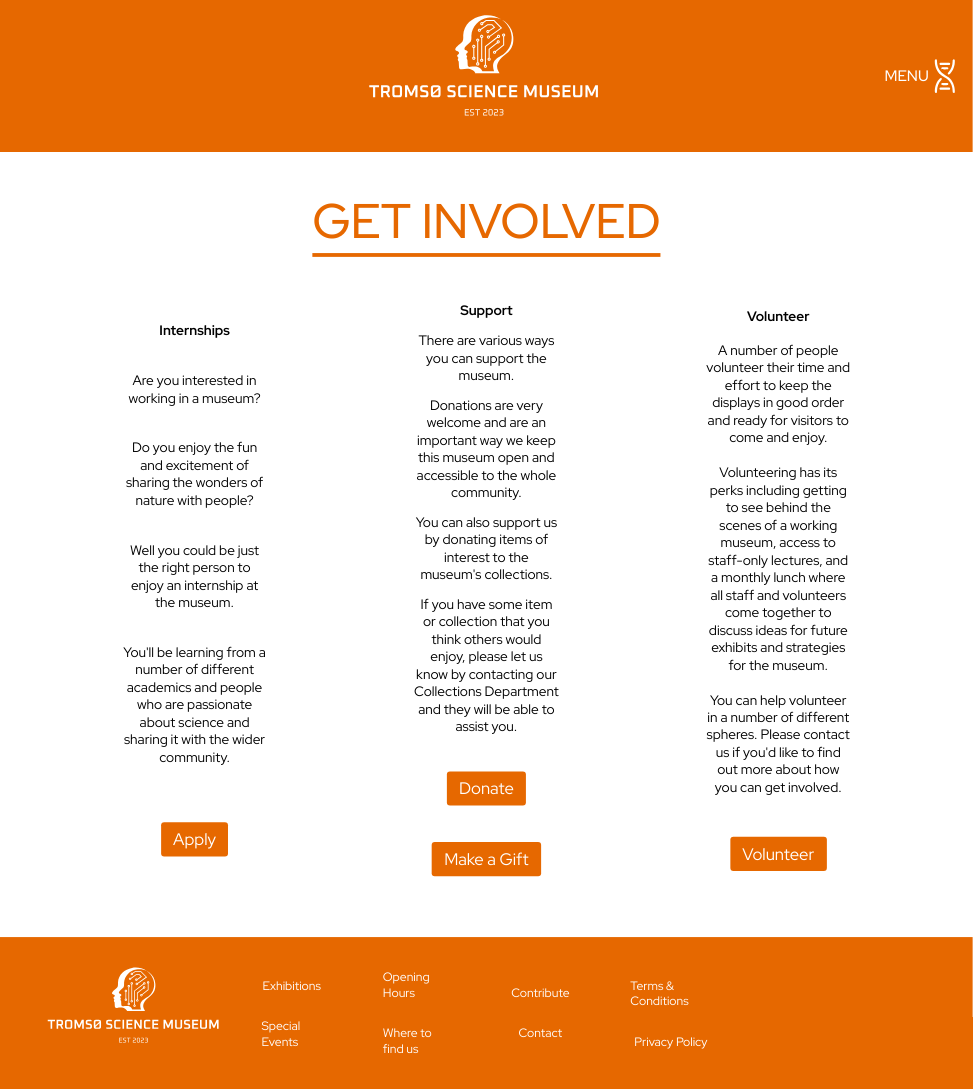
Repository: benjaminskarding/Semester-Project
Page: contribute.html
The author's editor kept a copy of each file at every save. The page is drawn from the files as they stood at one save, then again after the next save.
The browser window is 1280 px wide. The pictures show the whole page, at 76% of full size.

Above is the page before, as saved 2023-12-19 12:17:01.

### contribute.html
<!DOCTYPE html>
<html lang="en">
<head>
    <meta charset="UTF-8">
    <meta name="viewport" content="width=device-width, initial-scale=1.0">
    <meta name="description" content="Contribute to our community or projects. Find out how to submit content, donate, or participate in our collaborative efforts. Your support is valued and makes a difference.">
    <link rel="stylesheet" href="src/css/contribute.css">
    <link rel="icon" type="image/png" sizes="32x32" href="assets/images/favicon/favicon-32x32.png">
    <link rel="icon" type="image/png" sizes="16x16" href="assets/images/favicon/favicon-16x16.png">
    <link rel="preconnect" href="https://fonts.googleapis.com">
    <link rel="preconnect" href="https://fonts.gstatic.com" crossorigin>
    <link href="https://fonts.googleapis.com/css2?family=Red+Hat+Display:wght@300;400;500;600;700;800&display=swap" rel="stylesheet">
    <title>Contact Us</title>
</head>
<body>
  <div class="page-container">
    <header class="header-collection">
        <div class="header-wrapper">
            <nav class="header-main-nav">
                <div class="header-nav-left-placeholder"></div>
                <div class="header-nav-center-logo">
                    <a href="index.html" aria-label="Go to homepage">
                        <img class="logo" src="assets/images/logo/whitelogo.svg" alt="company logo">
                    </a>
                </div>
                <div class="header-nav-right">
                    <label for="menuToggle" class="menu-button" aria-label="Open Menu"> <!--toggles overlay-->
                        <span class="white">MENU</span>
                        <img src="assets/images/icons/helix.svg" class="menuIcon" alt="navigation menu icon">
                    </label>
                </div>
            </nav>
        </div>
        <!--Overlay-->
        <input type="checkbox" id="menuToggle" class="menu-toggle-checkbox" style="display: none;">
        <div class="hamburger-overlay-2" id="menuOverlay" aria-label="Menu overlay">
            <div class="overlay-header">
                <h3 class="medium underline cU-white">Menu</h3>
                <label for="menuToggle" class="overlay-close-btn" aria-label="Close menu">&times;</label>
            </div>
            <div class="overlayOptionsContainer">
                <a href="index.html">
                <h6 class="menu-item">Home</h6>
                </a>
                <a href="exhibitions.html">
                <h6 class="menu-item">Exhibitions</h6>
                </a>
                <a href="exhibitions.html#specEvents">
                <h6 class="menu-item">Special Events</h6>
                </a>
                <a href="contribute.html">
                <h6 class="menu-item">Contribute to the Museum</h6>
                </a>
                <a href="contact.html">
                <h6 class="menu-item">Contact</h6>
                </a>
                <a href="terms_conditions.html">
                <h6 class="menu-item">Terms & Conditions</h6>
                </a>
                <a href="privacy_policy.html">
                <h6 class="menu-item">Privacy Policy</h6>
                </a>
            </div>
            <div class="overlayLogoContainer">
                <img src="assets/images/logo/whitelogo.svg" class="overlayLogo" alt="company logo in hamburger overlay">
            </div>
        </div>
    </header>

    <div class="main-grid">
        <div class="title">
          <h2 class="orange underline">GET INVOLVED</h2>
        </div>
        <div class="main-content">
            <div class="leftCol">
              <p class="bold">Internships</p>
              <p>Are you interested in working in a museum?</p>
              <p>Do you enjoy the fun and excitement of sharing the wonders of nature with people?</p>
              <p>Well you could be just the right person to enjoy an internship at the museum.</p>
              <p>You'll be learning from a number of different academics and people who are passionate about science and sharing it with the wider community.</p>
              <div class="button-container">
                <button>Apply</button>
              </div>
            </div>
            <div class="centCol">
              <p class="bold">Support</p>
              <p>There are various ways you can support the museum.</p>
              <p>Donations are very welcome and are an important way we keep this museum open and accessible to the whole community.</p>
              <p>You can also support us by donating items of interest to the museum's collections.</p>
              <p>If you have some item or collection that you think others would enjoy, please let us know by contacting our Collections Department and they will be able to assist you.</p>
              <div class="button-container">
                <button>Donate</button>
                <button>Make a Gift</button>
              </div>
            </div>
            <div class="rightCol">
              <p class="bold">Volunteer</p>
              <p>A number of people volunteer their time and effort to keep the displays in good order and ready for visitors to come and enjoy.</p>
              <p>Volunteering has its perks including getting to see behind the scenes of a working museum, access to staff-only lectures, and a monthly lunch where all staff and volunteers come together to discuss ideas for future exhibits and strategies for the museum.</p>
              <p>You can help volunteer in a number of different spheres. Please contact us if you'd like to find out more about how you can get involved.</p>
              <div class="button-container">
                <button>Volunteer</button>
              </div>
            </div>
        </div>
    </div>

    <footer id=desktop-footer class="footer">
      <div class="footer-container">
          <div class="footer-left-container">
            <a href="index.html"  aria-label="Back to homepage">
              <img src="assets/images/logo/whitelogo.svg" class="footer-logo" alt="company logo in footer">
            </a>
          </div>
          <div class="footer-center-container">
              <div class="footer-column-1">
                  <a href="exhibitions.html" class="footer-titles">Exhibitions</a>
                  <a href="exhibitions.html#specEvents" class="footer-titles">Special Events</a>
              </div>
              <div class="footer-column-2">
                  <a href="index.html#visit" class="footer-titles">Opening Hours</a>
                  <a href="index.html#visit" class="footer-titles">Where to find us</a>
              </div>
              <div class="footer-column-3">
                  <a href="contribute.html" class="footer-titles">Contribute</a>
                  <a href="contact.html" class="footer-titles">Contact</a>
              </div>
              <div class="footer-column-4">
                  <a href="terms_conditions.html" class="footer-titles">Terms & Conditions</a>
                  <a href="privacy_policy.html" class="footer-titles">Privacy Policy</a>
              </div>
          </div>
          <div class="footer-right-container-placeholder"></div>
      </div>
    </footer>
  </div>
</body>
</html>

### src/css/contribute.css
@import url(common.css);
@import url(_reset.css);
@import url(_variables.css);
@import url(hamburger-overlay-2.css);

.main-grid {
    display: grid;
    grid-gap: 3rem;
    margin: 0 10rem 0 10rem;
    grid-template-columns: auto;
    grid-template-rows: min-content auto;
    grid-template-areas:
        "title"
        "main-content";

}

.main-content { grid-area: main-content }
.title { grid-area: title}

.title {
    display: flex;
    justify-content: center;
    margin-top: 3rem;
}

.main-content {
    display: flex;
    justify-content: space-between;
}

.leftCol,
.rightCol {
    flex: 1;
    display: flex;
    flex-direction: column;
    justify-content: space-evenly;
    text-align: center;
    max-width: 20%;
}

.leftCol p,
.rightCol p,
.centCol p {
    margin-top: 1rem;
}

.centCol {
    text-align: center;
    max-width: 20%;
}

.leftCol .button-container,
.rightCol .button-container {
    margin-top: 0rem;
    width: 100%;
}

button {
    padding: 0.5rem 1rem;
    background-color: var(--color-secondary);
    font-size: 1.375rem;
    font-family: var(--font-primary);
    color: white;
    border: none;
    border-radius: 0.25rem;
    cursor: pointer;
    margin-top: 3rem;
}


@media (max-width: 665px) {

    .main-grid {
        display: grid;
        margin: 0 1rem 5rem;
        grid-gap: 3rem;
        grid-template-columns: auto;
        grid-template-rows: auto;
        grid-template-areas:
            "main-content"
    }

    .main-content,
    .title-bar {
        align-items: center;
        text-align: center;
    }

    .title-bar h3 {
        margin: 0 1rem;
        font-size: 3rem;
    }

    .bpHide-3 {
        display: none;
    }

    label[for="menuToggle"] {
        display: none;
    }
    label[for="menuToggle2"] {
        display: block;
    }

    .hamburger-overlay-2 {
        display: block;
        width: 100%;
    }

}

### src/css/common.css
body, html {
    min-height: 100vh;
    width: 100%;
    margin: 0;
    overflow-x: hidden;
}

a {
    text-decoration: none;
    cursor: pointer;
    color: inherit;
}

.page-container {      /* fjern? */
    display: grid;
    grid-template-rows: auto 1fr auto;
    min-height: 100vh;
}

.underline {
    position: relative;
    display: inline-block;
}

.underline::after {
    content: '';
    position: absolute;
    left: 0;
    bottom: -5px;
    width: 100%;
    height: 5px;
    background-color: #E66800;
}

.cU-white::after {
    background-color: white;
}

input:focus,
textarea:focus,
select:focus,
button:focus {
outline: none;
}

/* Common header. [Landing page has specific styles for header] */

.header-collection {
    background-color: var(--color-secondary);
    height: 200px;
}

.header-wrapper {
    margin-left: 1rem;
    margin-right: 1rem;
    height: 200px;
}

.header-main-nav {
    display: flex;
    justify-content: space-between;
    align-items: center;
    width: 100%;
    height: 200px;
}

.header-nav-left-placeholder {
    flex: 1;
    display: flex;
    align-items: center;
}

.header-nav-right {
    flex: 1;
    display: flex;
    justify-content: flex-end;
    font-size: 1.25rem;
    font-weight: var(--font-weight-medium);
}

/* Footer */


.footer{
    background-color: var(--color-secondary);
    height: 200px;
    display: flex;
    margin-top: 5rem;
}

.footer-container {
    display: flex;
    align-items: center;
    justify-content: space-between;
    margin-left: 3rem;
    margin-right: 3rem;
    width: 100%;
}

.footer-left-container,
.footer-right-container-placeholder {
    flex: 1;
}

.footer-center-container {
    display: flex;
    justify-content: center;
    align-items: center;
    flex: 2;
    gap: 5rem;
}

.footer-column-1,
.footer-column-2,
.footer-column-3,
.footer-column-4 {
    display: flex;
    flex-direction: column;
    align-items: center;
}

.footer-logo {
    height: 150px;
}

.footer-titles {
    display: flex;
    margin-bottom: 1rem;
    margin-top: 1rem;
    color: white;
}

/* Main content */

.title-bar {
    display: grid;
    grid-gap: 2rem;
    grid-template-columns: auto;
    grid-template-rows: auto;
    align-items: center;
    height: 150px;
    width: 100%;
    background-color: var(--color-secondary);
}

.title-bar h3 {
    margin-left: 3rem;
}

.sidebar {
    display: flex;
    flex-direction: column;
    align-items: center;
    position: relative;
    background-color: #E66800;
    height: 100%;
}

/* Overlay 1 */

.hamburger-overlay {
    position: absolute;
    display: flex;
    flex-direction: column;
    justify-content: flex-start;
    top: 0;
    right: 0;
    bottom: 0;
    left: 0;
    background-color: transparent;
    z-index: 1000;
    visibility: hidden;
    transform: translateX(100%);
    transition: transform 0.3s;

}

.menu-button {
    display: flex;
    align-items: center;
    cursor: pointer;
}

.menu-toggle-checkbox:checked ~ .sidebar .hamburger-overlay {  /* Checkbox hack */
    visibility: visible;
    transform: translateX(0);
}

.overlay-header {
    display: flex;
    justify-content: space-between;
    margin-left: 1rem;
}

.overlayOptionsContainer {
    height: 100%;
}

.menu-item {
    margin: 2rem 1rem;
    color: white;
}

.overlayLogoContainer {
    display: flex;
    justify-content: center;
}

.overlayLogo {
    width: 50%;
    max-height: 200px;
}

.overlay-close-btn {
    padding-top: 1rem;
    margin-right: 1rem;
    color: white;
    font-size: 2rem;
    background: none;
    border: none;
    cursor: pointer;
}

/* Special Events Section */

.specEvents {
    display: flex;
    flex-direction: column;
}

.specContent {
    text-align: center;
    margin-top: 5rem;
}

.specEventTitle  {
    margin-bottom: 5rem;
}

/* Special Events Dropdown Arrow */

.arrow {
    transition: transform 0.3s ease;
    width: 36px;
    height: 36px;
    vertical-align: middle;
    display: inline-block;
}

.toggle {
    display: none;
}

.toggle-label {
    cursor: pointer;
    display: inline-block;
    padding: 1rem;
    color: inherit;
    vertical-align: middle;
    color: var(--color-secondary);
    font-size: 2.25rem;
}

.toggle:checked + .toggle-label .arrow {
    transform: rotate(180deg);
}

/* Special Events Dropdown Content */

.content {
    display: none;
    padding: 1rem;
}

.toggle:checked ~ .content {
    display: block;
}

.specEventMainText {
    font-size: 3.625rem;
}



/* Media Queries */

#mobileFooter {
    display: none;
}


@media (max-width: 1502px) {
    .bpCommonHide1 {
        display: none;
    }
}

@media (max-width: 1020px) {
    .bpHide-2 {
        display: none;
    }

    .overlay-header h3 {
        font-size: 2.25rem;
    }

    .overlayLogo {
        width: 75%;
    }

    .menuIcon {
        height: 45px;
    }
}

@media (max-width: 800px) {

    #desktopFooter {
        display: none;
    }
    #mobileFooter {
        display: flex;
    }

    .footer-center-container {
        display: flex;
        justify-content: center;
        align-items: center;
        flex-wrap: wrap;
        gap: 5rem;
        margin-left: auto;
        margin-right: auto;
        width: 100%;
    }

    .footer-titles {
        display: flex;
        margin-bottom: 0.5rem;
        margin-top: 0.5rem;
        color: white;
    }

}


@media (max-width: 665px) {
    .logo {
        height: 150px;
    }
}

@media (max-width: 632px) {

    .footer-center-container {
        gap: 1rem;
    }
}

@media (max-width: 370px) {

}

### src/css/_reset.css
*, *:before, *:after {
    box-sizing: inherit;
  }

  body {
    box-sizing: border-box;
    min-height: 100vh;
    margin: 0;
  }

### src/css/_variables.css
:root{
    --color-primary: white;
    --color-secondary: #E66800;

    --font-primary: 'Red Hat Display', sans-serif;
    --font-size: 16px;
    --font-weight-regular: 400;
    --font-weight-medium: 500;
    --font-weight-semibold: 600;
    --font-weight-bold: 700;
}

/* Font Related */

.medium {
    font-weight: 500
}

.regular {
    font-weight: 400;
}

.semibold {
    font-weight: 600;
}

strong, .bold {
    font-weight: var(--font-weight-bold)
}

body {
    font-family: var(--font-primary)
}


h1,h2,h3,h4 {
    color: var(--color-primary)
}

h1,h2,h3,h4,h5,h6,p {
    font-family: var(--font-primary);
    margin: 0;
    padding: 0;
}

h1 {
    font-size: 6rem; /* 96px */
}

h2 {
    font-size: 4rem; /* 64px */
    font-weight: var(--font-weight-medium);
}

h3 {
    font-size: 3.625rem;  /* 58px */
}

h4 {
    font-size: 3rem; /* 48px*/
}

h5 {
    font-size: 2.25rem; /*36px*/
    font-weight: var(--font-weight-medium)
}

h6 {
    font-size: 1.375rem; /*22px*/
    font-weight: var(--font-weight-medium);
}


p {
    font-size: 1.125rem;    /* 18px */
}

/* Styling / Misc Variables */

.white {
    color:white;
}

.orange {
    color: var(--color-secondary)
}

.lastpar {
    margin-bottom: 2rem;
}

.nowrap {
    white-space: nowrap;
}

### src/css/hamburger-overlay-2.css
/* Hamburger overlay 2 */

.hamburger-overlay-2 {
    position: fixed;
    top: 0;
    right: 0;
    height: 100%;
    width: 33%;
    background-color: var(--color-secondary);
    transform: translateX(100%);
    transition: transform 0.3s;
    display: flex;
    flex-direction: column;
    z-index: 1000;
}

.menu-toggle-checkbox:checked ~ .hamburger-overlay-2 {
    transform: translateX(0);
}

.overlay-header {
    margin-top: 3rem;
}

.overlayLogoContainer {
    display: flex;
    flex-direction: column;
    justify-content: flex-end;
    align-items: center;
}

After the next save:
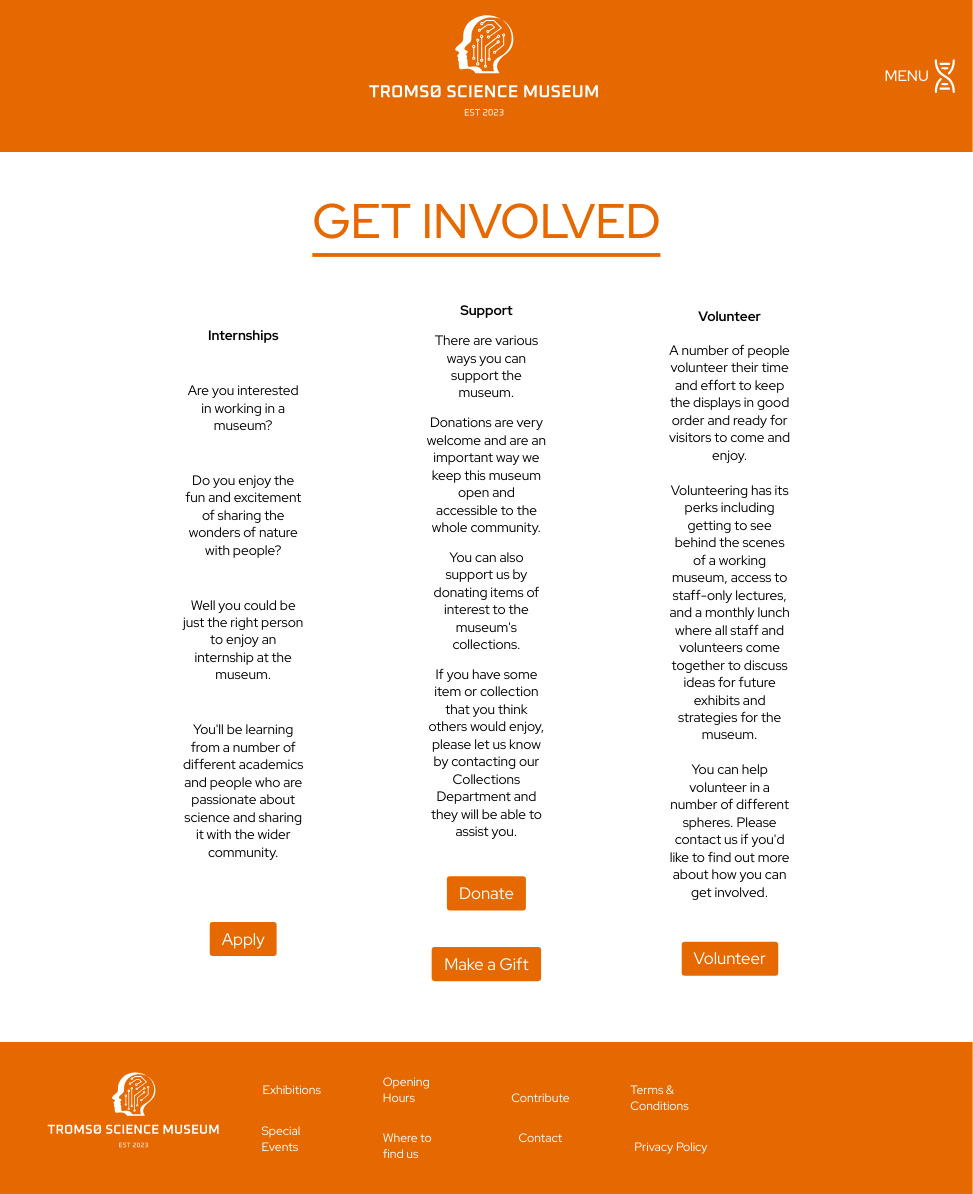
Saved 16 s later.
--- a/src/css/contribute.css
+++ b/src/css/contribute.css
@@ -6,7 +6,7 @@
 .main-grid {
     display: grid;
     grid-gap: 3rem;
-    margin: 0 10rem 0 10rem;
+    margin: 0 15rem 0 15rem;
     grid-template-columns: auto;
     grid-template-rows: min-content auto;
     grid-template-areas:
